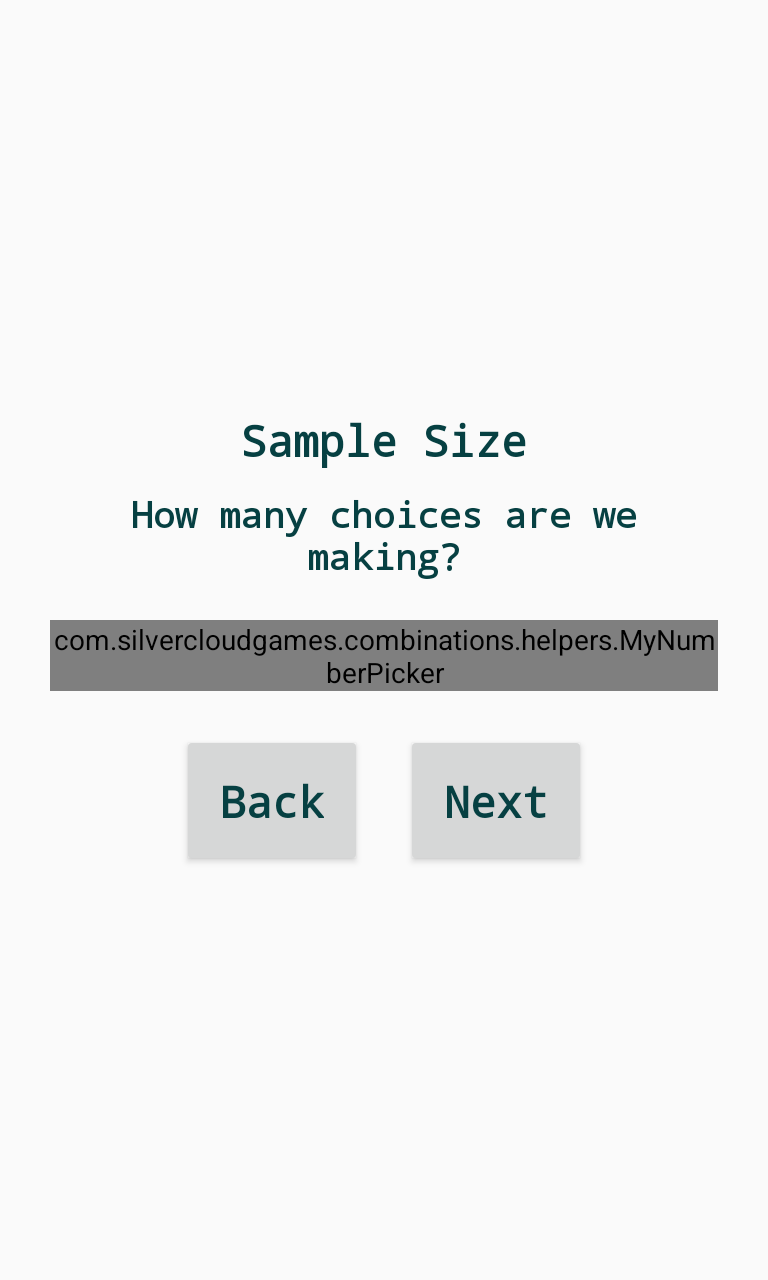
Repository: rontejada1991/Combinations-and-Permutations-Android-App
Layout: combinations/res/layout/activity_choice_size.xml
An editor plug-in stored every save of this project. The layout is shown before and after the next save, followed by the edit.
Pictures or frames that could not be fetched are drawn as grey boxes. It is drawn on a 768 x 1280 px phone screen (xhdpi) without system bars, with theme AppTheme; the app's code is not run.

Above is the layout before, as saved 2014-11-07 21:05:32.

After the next save:
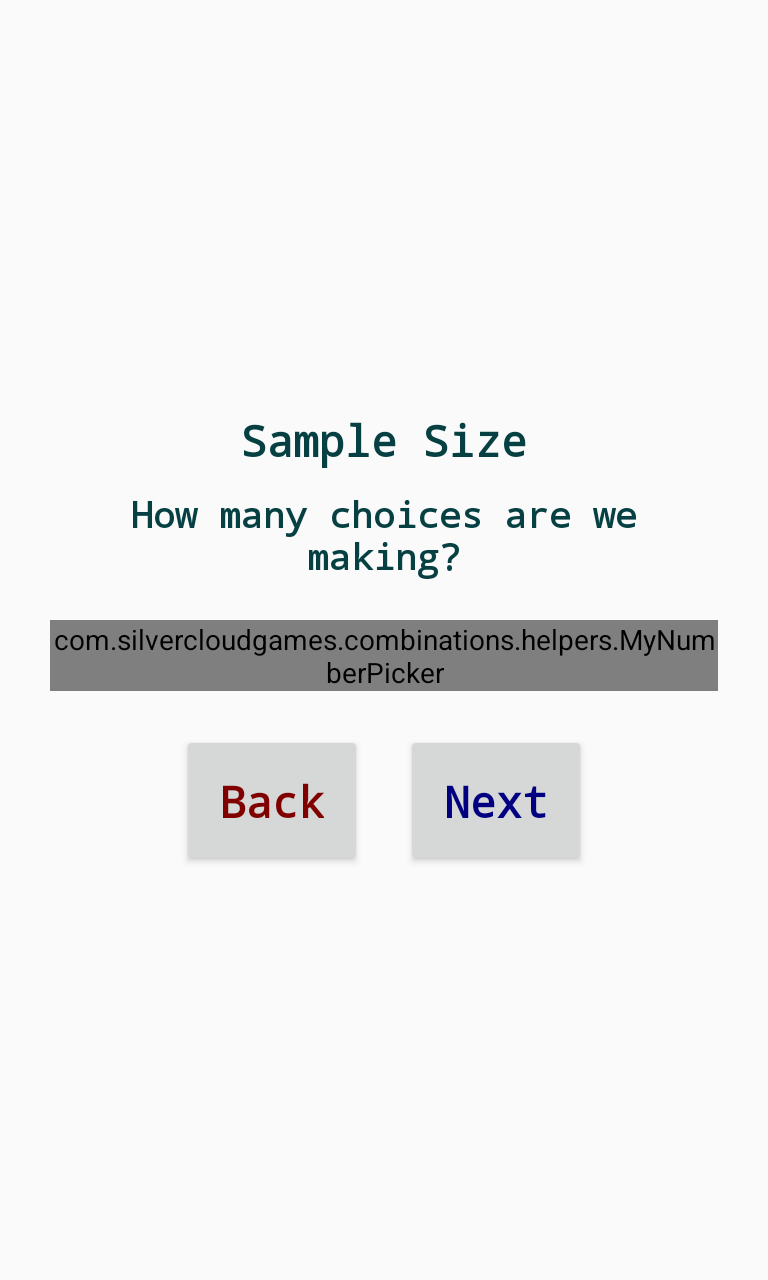
Saved 22 s later.
--- a/combinations/res/layout/activity_choice_size.xml
+++ b/combinations/res/layout/activity_choice_size.xml
@@ -38,6 +38,7 @@
 	        style="@style/CodeFont"
 	        android:text="Back"
 	        android:padding="20dp"
+	        android:textColor="#800000"
 	        android:layout_marginRight="10dp"
 	        android:onClick="onBackPressed" />
 
@@ -46,6 +47,7 @@
 	        style="@style/CodeFont"
 	        android:text="Next"
 	        android:padding="20dp"
+	        android:textColor="#000080"
 	        android:layout_marginLeft="10dp"
 	        android:onClick="onNextPressed" />
 
